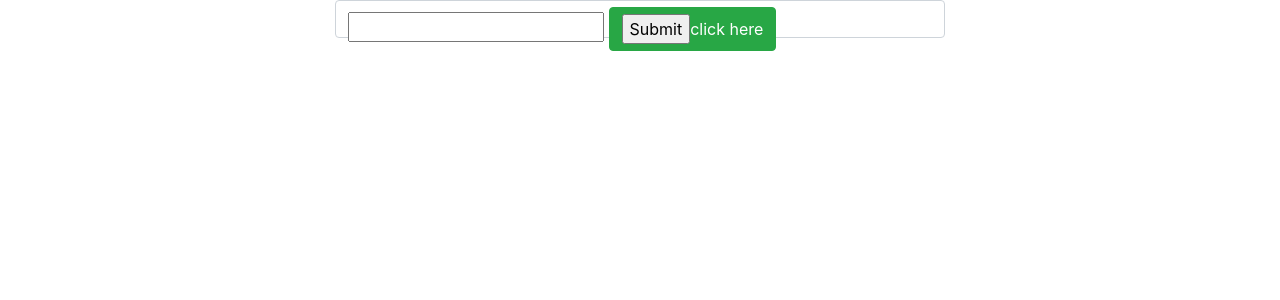
Repository: prashantkumarbind/Hospital-Weather-Concept
Page: http://localhost/weather-app/
The author's editor kept a copy of each file at every save. The page is drawn from the files as they stood at one save, then again after the next save.
The browser window is 1280 px wide. The pictures show the whole page.
The page is served by Tomcat 9.

Above is the page before, as saved 2024-01-19 03:55:34.

After the next save:
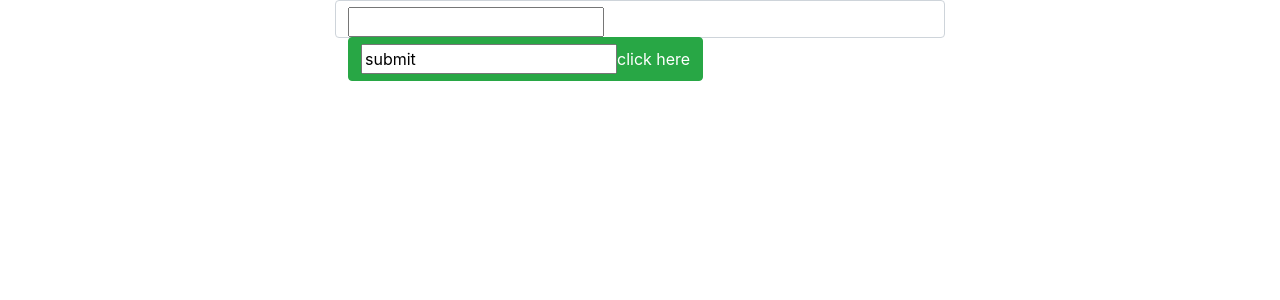
Saved 46 s later.
--- a/weather-app/src/main/webapp/index.jsp
+++ b/weather-app/src/main/webapp/index.jsp
@@ -19,7 +19,7 @@
 						<form action="FormDataController" method="Post">
 							 <div class="form-control">
 							 	<input type="text" name="city_name" class="">
-							 	<button class="btn btn-success"><input type="submit">click here</button>
+							 	<button class="btn btn-success"><input value="submit">click here</button>
 							 </div>
 						</form>
 					</div>
